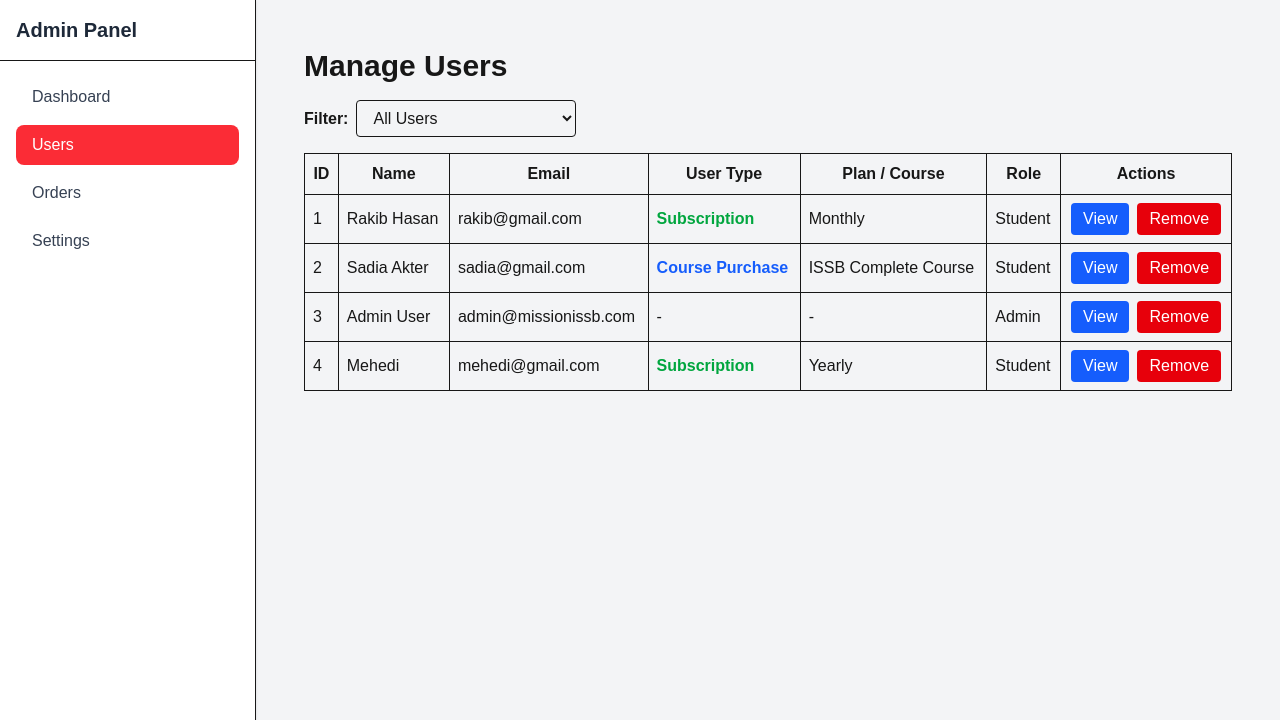
Repository: mdmuhibullahhabib/missionissb
Page: /admin/users
These files come from the project's save history. The page is drawn as it stood at one moment and after the next save; the edit follows.
The browser window is 1280 px wide. The pictures show the whole page.
The project was rebuilt for these pictures with package versions that can differ from the ones it lists, and the page was loaded fresh each time. The framework's server and built-in components were replaced by stand-ins that run in the browser. Also part of the build but not shown: next.config.mjs, components/shared/Footer.jsx, components/user/UserDrawerMenu.jsx, components/shared/Navbar.jsx.

Above is the page before, as saved 2025-12-09 23:27:47.

### app/layout.js
import { Geist, Geist_Mono } from 'next/font/google'
import './globals.css'
import Footer from '@/components/shared/Footer'
import Navbar from '@/components/shared/Navbar'
import NextAuthProvider from './providers/NextAuthProvider'
import LayoutWrapper from '@/components/LayoutWrapper'

const geistSans = Geist({
  variable: '--font-geist-sans',
  subsets: ['latin']
})

const geistMono = Geist_Mono({
  variable: '--font-geist-mono',
  subsets: ['latin']
})

export const metadata = {
  title: 'Mission ISSB',
  description: 'Generated by create next app'
}

export default function RootLayout({ children }) {
  return (
    <html lang='en' suppressHydrationWarning={true}>
      <body
        className={`${geistSans.variable} ${geistMono.variable} antialiased`}
      >
        <NextAuthProvider>

                    <LayoutWrapper>{children}</LayoutWrapper>


          {/* <Navbar />

          {children}

          <Footer /> */}
        </NextAuthProvider>
      </body>
    </html>
  )
}

### app/admin/layout.js
"use client";

import Link from "next/link";
import { usePathname } from "next/navigation";

export default function AdminLayout({ children }) {
  const pathname = usePathname();

  const menuItems = [
    { name: "Dashboard", path: "/admin/dashboard" },
    { name: "Users", path: "/admin/users" },
    { name: "Orders", path: "/admin/orders" },
    { name: "Settings", path: "/admin/settings" },
  ];

  return (
    <div className="flex min-h-screen bg-gray-100">
      {/* Sidebar */}
      <aside className="w-64 bg-white border-r shadow-sm hidden md:block">
        <div className="p-4 border-b">
          <h1 className="text-xl font-bold text-gray-800">Admin Panel</h1>
        </div>
        <nav className="p-4 space-y-2">
          {menuItems.map((item) => (
            <Link
              key={item.path}
              href={item.path}
              className={`block px-4 py-2 rounded-lg font-medium ${
                pathname === item.path
                  ? "bg-red-500 text-white"
                  : "text-gray-700 hover:bg-gray-100"
              }`}
            >
              {item.name}
            </Link>
          ))}
        </nav>
      </aside>

      {/* Main content */}
      <main className="flex-1 p-6">
        {children}
      </main>
    </div>
  );
}

### app/admin/users/page.jsx
"use client";
import React, { useState } from "react";

const ManageUsers = () => {
  // Fake Users
  const usersData = [
    {
      id: 1,
      name: "Rakib Hasan",
      email: "rakib@gmail.com",
      type: "subscription",
      role: "student",
      plan: "Monthly",
    },
    {
      id: 2,
      name: "Sadia Akter",
      email: "sadia@gmail.com",
      type: "course",
      role: "student",
      plan: "ISSB Complete Course",
    },
    {
      id: 3,
      name: "Admin User",
      email: "admin@missionissb.com",
      type: "none",
      role: "admin",
      plan: "-",
    },
    {
      id: 4,
      name: "Mehedi",
      email: "mehedi@gmail.com",
      type: "subscription",
      role: "student",
      plan: "Yearly",
    },
  ];

  const [filter, setFilter] = useState("all");

  const filteredUsers = usersData.filter((user) => {
    if (filter === "all") return true;
    if (filter === "subscription") return user.type === "subscription";
    if (filter === "course") return user.type === "course";
    if (filter === "student") return user.role === "student";
    return true;
  });

  return (
    <div className="p-6">
      <h1 className="text-3xl font-bold mb-4">Manage Users</h1>

      {/* Filter Dropdown */}
      <div className="mb-4">
        <label className="font-semibold mr-2">Filter:</label>
        <select
          className="border px-3 py-2 rounded"
          value={filter}
          onChange={(e) => setFilter(e.target.value)}
        >
          <option value="all">All Users</option>
          <option value="subscription">Subscription Based</option>
          <option value="course">Course Purchase Based</option>
          <option value="student">Only Students</option>
        </select>
      </div>

      {/* Table */}
      <div className="overflow-x-auto">
        <table className="w-full border">
          <thead className="bg-gray-100">
            <tr>
              <th className="border p-2">ID</th>
              <th className="border p-2">Name</th>
              <th className="border p-2">Email</th>
              <th className="border p-2">User Type</th>
              <th className="border p-2">Plan / Course</th>
              <th className="border p-2">Role</th>
              <th className="border p-2">Actions</th>
            </tr>
          </thead>

          <tbody>
            {filteredUsers.map((user) => (
              <tr key={user.id} className="hover:bg-gray-50">
                <td className="border p-2">{user.id}</td>
                <td className="border p-2">{user.name}</td>
                <td className="border p-2">{user.email}</td>

                <td className="border p-2 capitalize">
                  {user.type === "subscription" && (
                    <span className="text-green-600 font-semibold">
                      Subscription
                    </span>
                  )}
                  {user.type === "course" && (
                    <span className="text-blue-600 font-semibold">
                      Course Purchase
                    </span>
                  )}
                  {user.type === "none" && "-"}
                </td>

                <td className="border p-2">{user.plan}</td>

                <td className="border p-2 capitalize">{user.role}</td>

                <td className="border p-2 text-center">
                  <button className="px-3 py-1 rounded bg-blue-600 text-white mr-2">
                    View
                  </button>
                  <button className="px-3 py-1 rounded bg-red-600 text-white">
                    Remove
                  </button>
                </td>
              </tr>
            ))}
          </tbody>
        </table>

        {filteredUsers.length === 0 && (
          <p className="text-center p-4 text-gray-500">
            No users found for this filter.
          </p>
        )}
      </div>
    </div>
  );
};

export default ManageUsers;

### app/providers/NextAuthProvider.jsx
"use client"
import { SessionProvider } from 'next-auth/react'
import React from 'react'

const NextAuthProvider = ({ children }) => {
    return <SessionProvider>{children}</SessionProvider>
}

export default NextAuthProvider;

### components/LayoutWrapper.jsx
"use client";

import { usePathname } from "next/navigation";
import Navbar from "./shared/Navbar";
import Footer from "./shared/Footer";

export default function LayoutWrapper({ children }) {
  const pathname = usePathname();
  const isAdmin = pathname.startsWith("/admin");
  const isAuth = pathname.startsWith("/auth");

  return (
    <>
      {!isAdmin && !isAuth && <Navbar />}

      <main>{children}</main>

      {!isAdmin && !isAuth && <Footer />}
    </>
  );
}

Loaded but not shown: app/globals.css (common file)

After the next save:
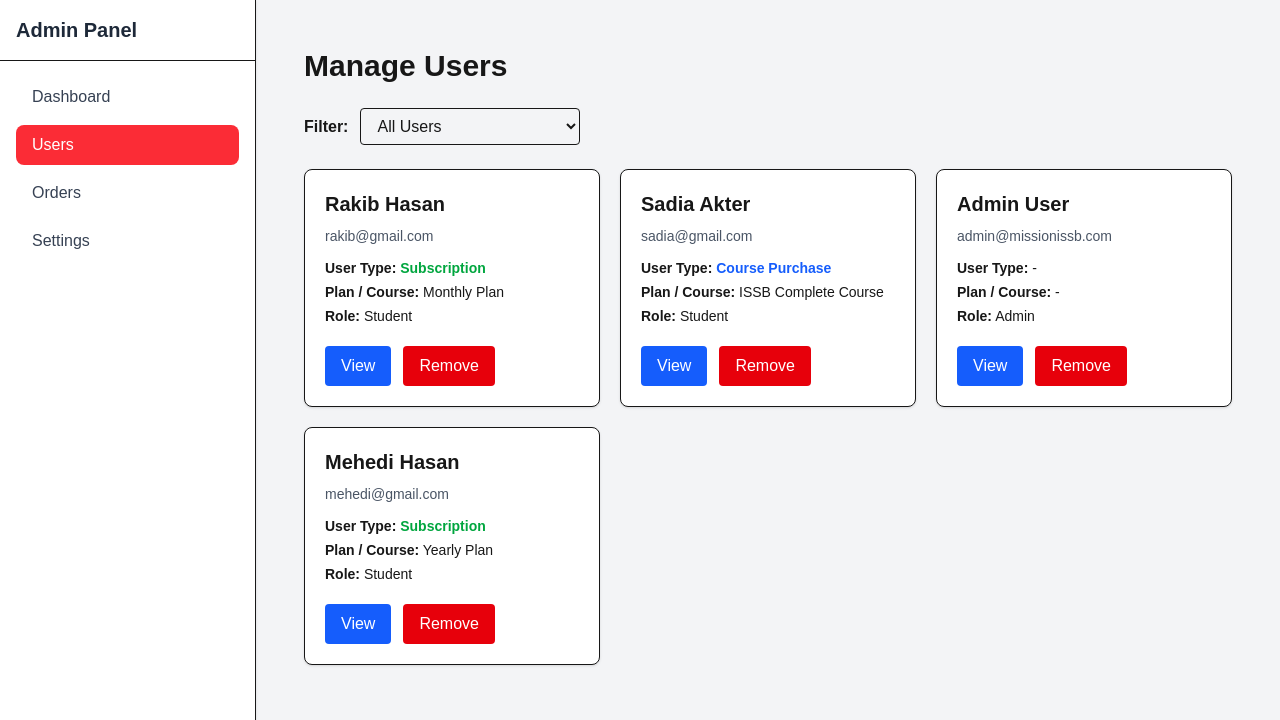
Saved 75 s later.
--- a/app/admin/users/page.jsx
+++ b/app/admin/users/page.jsx
@@ -2,7 +2,6 @@
 import React, { useState } from "react";
 
 const ManageUsers = () => {
-  // Fake Users
   const usersData = [
     {
       id: 1,
@@ -10,7 +9,7 @@ const ManageUsers = () => {
       email: "rakib@gmail.com",
       type: "subscription",
       role: "student",
-      plan: "Monthly",
+      plan: "Monthly Plan",
     },
     {
       id: 2,
@@ -30,11 +29,11 @@ const ManageUsers = () => {
     },
     {
       id: 4,
-      name: "Mehedi",
+      name: "Mehedi Hasan",
       email: "mehedi@gmail.com",
       type: "subscription",
       role: "student",
-      plan: "Yearly",
+      plan: "Yearly Plan",
     },
   ];
 
@@ -50,11 +49,11 @@ const ManageUsers = () => {
 
   return (
     <div className="p-6">
-      <h1 className="text-3xl font-bold mb-4">Manage Users</h1>
+      <h1 className="text-3xl font-bold mb-6">Manage Users</h1>
 
-      {/* Filter Dropdown */}
-      <div className="mb-4">
-        <label className="font-semibold mr-2">Filter:</label>
+      {/* Filter Section */}
+      <div className="mb-6 flex items-center gap-3">
+        <label className="font-semibold">Filter:</label>
         <select
           className="border px-3 py-2 rounded"
           value={filter}
@@ -63,69 +62,59 @@ const ManageUsers = () => {
           <option value="all">All Users</option>
           <option value="subscription">Subscription Based</option>
           <option value="course">Course Purchase Based</option>
-          <option value="student">Only Students</option>
+          <option value="student">Student Only</option>
         </select>
       </div>
 
-      {/* Table */}
-      <div className="overflow-x-auto">
-        <table className="w-full border">
-          <thead className="bg-gray-100">
-            <tr>
-              <th className="border p-2">ID</th>
-              <th className="border p-2">Name</th>
-              <th className="border p-2">Email</th>
-              <th className="border p-2">User Type</th>
-              <th className="border p-2">Plan / Course</th>
-              <th className="border p-2">Role</th>
-              <th className="border p-2">Actions</th>
-            </tr>
-          </thead>
+      {/* Users Grid */}
+      <div className="grid grid-cols-1 md:grid-cols-2 lg:grid-cols-3 gap-5">
+        {filteredUsers.map((user) => (
+          <div
+            key={user.id}
+            className="border rounded-lg p-5 shadow hover:shadow-lg transition bg-white"
+          >
+            <h2 className="text-xl font-bold mb-2">{user.name}</h2>
+            <p className="text-sm text-gray-600 mb-1">{user.email}</p>
 
-          <tbody>
-            {filteredUsers.map((user) => (
-              <tr key={user.id} className="hover:bg-gray-50">
-                <td className="border p-2">{user.id}</td>
-                <td className="border p-2">{user.name}</td>
-                <td className="border p-2">{user.email}</td>
+            <div className="mt-3">
+              <p className="text-sm">
+                <span className="font-semibold">User Type:</span>{" "}
+                {user.type === "subscription" ? (
+                  <span className="text-green-600 font-semibold">Subscription</span>
+                ) : user.type === "course" ? (
+                  <span className="text-blue-600 font-semibold">Course Purchase</span>
+                ) : (
+                  "-"
+                )}
+              </p>
 
-                <td className="border p-2 capitalize">
-                  {user.type === "subscription" && (
-                    <span className="text-green-600 font-semibold">
-                      Subscription
-                    </span>
-                  )}
-                  {user.type === "course" && (
-                    <span className="text-blue-600 font-semibold">
-                      Course Purchase
-                    </span>
-                  )}
-                  {user.type === "none" && "-"}
-                </td>
+              <p className="text-sm mt-1">
+                <span className="font-semibold">Plan / Course:</span> {user.plan}
+              </p>
 
-                <td className="border p-2">{user.plan}</td>
+              <p className="text-sm mt-1 capitalize">
+                <span className="font-semibold">Role:</span> {user.role}
+              </p>
+            </div>
 
-                <td className="border p-2 capitalize">{user.role}</td>
+            {/* Buttons */}
+            <div className="flex gap-3 mt-5">
+              <button className="px-4 py-2 rounded bg-blue-600 text-white hover:bg-blue-700">
+                View
+              </button>
+              <button className="px-4 py-2 rounded bg-red-600 text-white hover:bg-red-700">
+                Remove
+              </button>
+            </div>
+          </div>
+        ))}
+      </div>
 
-                <td className="border p-2 text-center">
-                  <button className="px-3 py-1 rounded bg-blue-600 text-white mr-2">
-                    View
-                  </button>
-                  <button className="px-3 py-1 rounded bg-red-600 text-white">
-                    Remove
-                  </button>
-                </td>
-              </tr>
-            ))}
-          </tbody>
-        </table>
-
-        {filteredUsers.length === 0 && (
-          <p className="text-center p-4 text-gray-500">
-            No users found for this filter.
-          </p>
-        )}
-      </div>
+      {filteredUsers.length === 0 && (
+        <p className="text-center mt-6 text-gray-500">
+          No users found for this filter.
+        </p>
+      )}
     </div>
   );
 };
